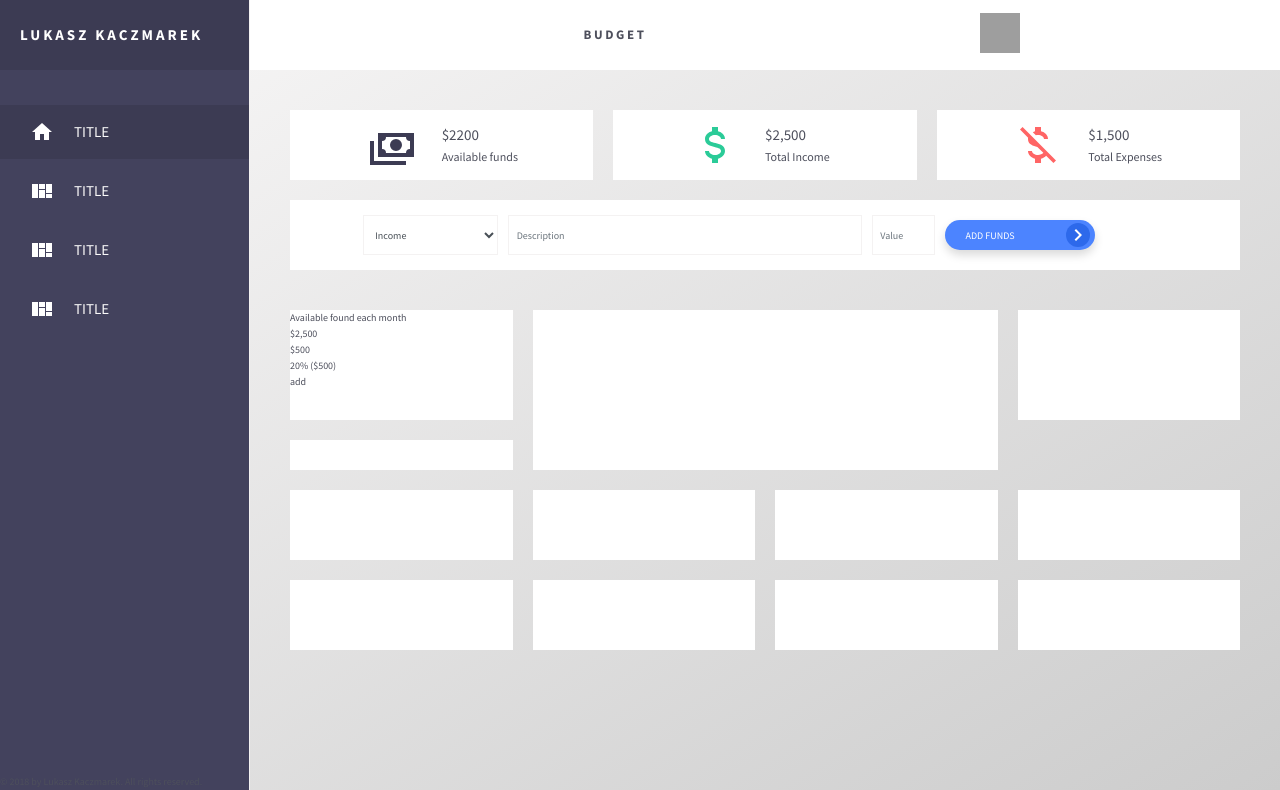
Repository: Archezi/BudgetApplication
Page: index.html
An editor plug-in stored every save of this project. The page is shown before and after the next save, followed by the edit.
The browser window is 1280 px wide. The pictures show the whole page.
Pictures or frames that could not be fetched are drawn as grey boxes. The style sheet was rebuilt from its Sass, Less or Tailwind sources for each picture, by a compiler version that may differ from the author's.

Above is the page before, as saved 2018-08-30 00:14:15.
Console error: TypeError: $(...).formSelect is not a function

### index.html
<!DOCTYPE html>
<html lang="en">
<head>
    <meta charset="UTF-8">
    <meta name="viewport" content="width=device-width, initial-scale=1.0">
    <meta http-equiv="X-UA-Compatible" content="ie=edge">
    <link href="https://fonts.googleapis.com/css?family=Source+Sans+Pro:300,400,700" rel="stylesheet">
    <!--Import Google Icon Font-->
    <link href="https://fonts.googleapis.com/icon?family=Material+Icons" rel="stylesheet">
    <!--Import materialize.css-->
    <link type="text/css" rel="stylesheet" href="css/bootstrap.min.css"  media="screen,projection"/>
    <!-- Website style.css-->
    <link rel="stylesheet" href="css/style.comp.css">

    <title>Budget Application</title>

</head>
<body>
   <div class="web__container">
        <header class="header">
            <div class="logo">
                <h1>Lukasz Kaczmarek</h1>
            </div>
            <div class="page_title">
                <h2>Budget</h2>
            </div>
            <div class="user-nav">
                <div class="user-nav__icon"></div>
                <div class="user-nav__profile">
                    <img src="https://source.unsplash.com/random/40x40" alt="">
                </div>
            </div>
        </header>

        <div class="content">
            <nav class="sidebar">
                <ul class="side-nav">
                    <li class="side-nav__item side-nav__item--active">
                        <a href="#" class="side-nav__link">
                                <svg class="side-nav__icon" style="width:24px;height:24px" viewBox="0 0 24 24">
                                    <path fill="#fff" d="M10,20V14H14V20H19V12H22L12,3L2,12H5V20H10Z" />
                                </svg>
                            <span>Title</span>
                        </a>
                    </li>
                    <li class="side-nav__item ">
                        <a href="#" class="side-nav__link">
                            <svg class="side-nav__icon" style="width:24px;height:24px" viewBox="0 0 24 24">
                                <path fill="#000000" d="M2,5V19H8V5H2M9,5V10H15V5H9M16,5V14H22V5H16M9,11V19H15V11H9M16,15V19H22V15H16Z" />
                            </svg>
                            <span>Title</span>
                        </a>
                    </li>
                    <li class="side-nav__item ">
                        <a href="#" class="side-nav__link">
                            <svg class="side-nav__icon" style="width:24px;height:24px" viewBox="0 0 24 24">
                                <path fill="#000000" d="M2,5V19H8V5H2M9,5V10H15V5H9M16,5V14H22V5H16M9,11V19H15V11H9M16,15V19H22V15H16Z" />
                            </svg>
                            <span>Title</span>
                        </a>
                    </li>
                    <li class="side-nav__item ">
                        <a href="#" class="side-nav__link">
                            <svg class="side-nav__icon" style="width:24px;height:24px" viewBox="0 0 24 24">
                                <path fill="#000000" d="M2,5V19H8V5H2M9,5V10H15V5H9M16,5V14H22V5H16M9,11V19H15V11H9M16,15V19H22V15H16Z" />
                            </svg>
                            <span>Title</span>
                        </a>
                    </li>
                </ul>

                <div class="legal">
                    &copy; 2018 by Lukasz Kaczmarek. All rights reserved.
                </div>
            </nav>

            <div class="main">

                <div class="overview">
                    <div class="total__available-funds">
                        <svg style="width:48px;height:48px" viewBox="0 0 24 24">
                            <path fill="#000000" d="M5,6H23V18H5V6M14,9A3,3 0 0,1 17,12A3,3 0 0,1 14,15A3,3 0 0,1 11,12A3,3 0 0,1 14,9M9,8A2,2 0 0,1 7,10V14A2,2 0 0,1 9,16H19A2,2 0 0,1 21,14V10A2,2 0 0,1 19,8H9M1,10H3V20H19V22H1V10Z" />
                        </svg>
                        <div class="total-funds">$2200</div>
                        <div class="total-funds-description">Available funds</div>
                    </div>
                    <div class="total__income">
                        <svg style="width:48px;height:48px" viewBox="0 0 24 24">
                            <path fill="#000000" d="M7,15H9C9,16.08 10.37,17 12,17C13.63,17 15,16.08 15,15C15,13.9 13.96,13.5 11.76,12.97C9.64,12.44 7,11.78 7,9C7,7.21 8.47,5.69 10.5,5.18V3H13.5V5.18C15.53,5.69 17,7.21 17,9H15C15,7.92 13.63,7 12,7C10.37,7 9,7.92 9,9C9,10.1 10.04,10.5 12.24,11.03C14.36,11.56 17,12.22 17,15C17,16.79 15.53,18.31 13.5,18.82V21H10.5V18.82C8.47,18.31 7,16.79 7,15Z" />
                        </svg>
                        <div class="total__income-funds">$2,500</div>
                        <div class="total__income-description">Total Income</div>

                    </div>
                    <div class="total__expenses">
                        <svg style="width:48px;height:48px" viewBox="0 0 24 24">
                            <path fill="#000000" d="M3,4.27L4.28,3L21,19.72L19.73,21L16.06,17.33C15.44,18 14.54,18.55 13.5,18.82V21H10.5V18.82C8.47,18.31 7,16.79 7,15H9C9,16.08 10.37,17 12,17C13.13,17 14.14,16.56 14.65,15.92L11.68,12.95C9.58,12.42 7,11.75 7,9C7,8.77 7,8.55 7.07,8.34L3,4.27M10.5,5.18V3H13.5V5.18C15.53,5.69 17,7.21 17,9H15C15,7.92 13.63,7 12,7C11.63,7 11.28,7.05 10.95,7.13L9.4,5.58L10.5,5.18Z" />
                        </svg>
                        <div class="total__expenses-funds">$1,500</div>
                        <div class="total__expenses-description">Total Expenses</div>

                    </div>
                </div>
                <div class="input__section-wrapper">
                    <div class="input__section">
                        <select  class="form-control input__type ">
                            <!-- <option value="" >Choose type</option> -->
                            <option class="input__option" value="inc">Income</option>
                            <option class="input__option" value="exp">Expense</option>
                        </select>
                        <input placeholder="Description" class="form-control input__description" type="text">
                        <input placeholder="Value" class="form-control input__value" type="text">
                        <button class="shadow btn input__btn add__btn">Add Funds
                                <svg style="width:24px;height:24px" viewBox="0 0 24 24">
                                    <path fill="#000000" d="M8.59,16.58L13.17,12L8.59,7.41L10,6L16,12L10,18L8.59,16.58Z" />
                                </svg>
                        </button>
                    </div>
                </div>




                <div class="budget">
                    <div class="available-funds-panel">
                        <div class="available-funds__title">Available found each month</div>
                        <div class="available-found__value">$2,500</div>
                        <div class="available-found__deposit">$500</div>
                        <div class="available-found__deposit--percentage">20% ($500)</div>
                        <div class="available-found__btn add__btn">
                            <i></i>add
                        </div>
                    </div>
                    <div class="income-panel">
                    </div>
                    <div class="history-panel"></div>
                    <div class="expenses-panel"></div>
                </div>
                <div class="statistics">
                    <div class="net-profit-panel"></div>
                    <div class="tax-panel"></div>
                    <div class="savings-panel"></div>
                    <div class="projections"></div>

                </div>
                <div class="statistics">
                    <div class="net-profit-panel"></div>
                    <div class="tax-panel"></div>
                    <div class="savings-panel"></div>
                    <div class="projections"></div>

                </div>



            </div>


        </div>




   </div>

   <!-- Compiled and minified JavaScript -->
   <script src="js/jquery.min.js"></script>
   <script src="js/bootstrap.js"></script>
   <!-- <script src="https://cdnjs.cloudflare.com/ajax/libs/materialize/1.0.0-rc.2/js/materialize.min.js"></script> -->
   <script src="js/myscript.js"></script>
</body>
</html>

### js/myscript.js
$(document).ready(function(){
    $('select').formSelect();
  });

### sass/main.scss
@import "base/reset";
@import "base/base";
@import "base/typography";

@import "abstracts/variables";
@import "components/mainComponent";
@import "components/layout";

### sass/base/_base.scss
:root {
    --color-primary: #eb2f64;
    --color-primary-light: #FF3366;
    --color-primary-dark: #BA265D;

    --color-background-dark: #3C3B53;
    --color-background-light: #43425D;

    --color-grey-light-1: #faf9f9;
    --color-grey-light-2: #f4f2f2;
    --color-grey-light-3: #f0eeee;
    --color-grey-light-4: #ccc;

    --color-grey-dark-1: #333;
    --color-grey-dark-2: #4D4F5C;
    --color-grey-dark-3: #999;
    --color-white: #fff;
    --shadow-dark: 0 2rem 6rem rgba(0,0,0,.3);
    --shadow-light: 0 2rem 5rem rgba(0,0,0,.06);


    --button-primary-blue: #4c84ff;
    --button-primary-blue-darker: #2d69eb;
    --button-secondary-green: #2bcb98;
    --button-secondary-red: #FF6565;

    --line: 1px solid var(--color-grey-light-2);
}

$bp-largest: 75em;     // 1200px
$bp-large: 68.75em;    // 1100px
$bp-medium: 56.25em;   // 900px
$bp-small: 37.5em;     // 600px
$bp-smallest: 31.25em; // 500px

* {
    margin: 0;
    padding: 0;
}

*,
*::before,
*::after {
    box-sizing: inherit;
}

html {
    box-sizing: border-box;
    font-size: 62.5%; // 1rem = 10px, 10px/16px = 62.5%

    @media only screen and (max-width: $bp-large) {
        font-size: 50%;
    }
}

body {


    color: var(--color-grey-dark-2);
    background-image: linear-gradient(to right bottom, var(--color-grey-light-1), var(--color-grey-light-4));
    background-size: cover;
    background-repeat: no-repeat;

    min-height: 100vh;
}

### sass/base/_typography.scss
body {

    font-weight: 400;
    line-height: 1.6;
    font-family: 'Source Sans Pro', sans-serif;
    text-rendering: optimizeLegibility;
    -webkit-font-smoothing: antialiased;

}

### sass/abstracts/_variables.scss
$header-height: 7rem;
$sidebar-width: 25rem;
$main: calc(4rem + $header-height );
$fraction: 1fr;

### sass/components/_mainComponent.scss

//////////////////////////////////////////
// Header

.logo {
    width: 25rem;
    padding: 0 2rem;

    border-right: var(--line);
    background: var(--color-background-dark);
    h1 {

        align-self: center;
        font-size: 1.5rem;
        font-weight: 700;
        line-height: 2rem;
        letter-spacing: 0.2em;
        text-transform: uppercase;
        padding: 2.5rem 0;
        color: var(--color-white);

    }
}
.page_title {
    width: 30rem;
    text-align: center;
    h2 {
        font-size: 1.3rem;
        font-weight: 700;
        letter-spacing: 0.2em;
        text-transform: uppercase;
    }
}
.user-nav {
    width: 30rem;
}
.side-nav {
    font-size: 1.5rem;
    list-style: none;
    margin-top: 3.5rem;

    &__item {
        position: relative;
        float: none;
        &:not(:last-child) {
            margin-bottom: .5rem;
        }
    }
    &__item::before {
        content: "";
        position: absolute;
        top: 0;
        left: 0;
        height: 100%;
        width: 3px;
        background-color: var(--color-background-dark);
        transform: scaleY(0);
        transition: transform .2s,
                    width .4s cubic-bezier(1,0,0,1) .2s,
                    background-color .1s;
    }

    &__item:hover::before,
    &__item--active::before {
        transform: scaleY(1);
        width: 100%;
    }

    &__item:active::before {
        background-color: var(--color-background-light);
    }

    &__link:link,
    &__link:visited {
        color: var(--color-grey-light-1);
        text-decoration: none;
        text-transform: uppercase;
        display: block;
        padding: 1.5rem 3rem;
        position: relative;
        z-index: 10;

        display: flex;
        align-items: center;

        @media only screen and (max-width: $bp-medium) {
            justify-content: center;
            padding: 2rem;
        }

        @media only screen and (max-width: $bp-small) {
            flex-direction: column;
            padding: 1.5rem .5rem;
        }
    }

    &__icon {
        width: 1.75rem;
        height: 1.75rem;
        margin-right: 2rem;
        fill: currentColor;
        path {
            fill: #fff;
        }
        @media only screen and (max-width: $bp-small) {
            margin-right: 0;
            margin-bottom: .7rem;
            width: 1.5rem;
            height: 1.5rem;
        }
    }
}

////////////////////////////////////////
// INPUT BAR
.input {
    &__section-wrapper {

    }
    &__section {

        .form-control {

            border-radius: 0;
            border-color: var(--color-grey-light-2);
        }
    }
    &__type {

    }
    &__description {

    }
    &__value {

    }
    &__option {
        width: 100%;
    }
    &__btn {
        position: relative;
        border-radius: 3rem;
        width: 15rem;
        height: 3rem;
        color: var(--color-white);
        background: var(--button-primary-blue);
        text-align: left;
        text-transform: uppercase;
        padding-left: 2rem;
        svg {
            position: absolute;
            top: 50%;
            right: .4rem;
            background-color: var(--button-primary-blue-darker);
            border-radius: 50%;
            transform: translateY(-50%);
            path { fill: var(--color-white);}

            &::before {
                width: 1rem;
                height: 1rem;
                padding: 1rem;
                border-radius: 50%;
                background: blue;
            }
        }
    }

}

### sass/components/_layout.scss
.web__container {
    max-width: 100% !important;
    min-height: 100vh;
    margin: 0 auto;

}

.header {
    height: $header-height;
    background: var(--color-white);
    position: fixed;
    top: 0;
    width: 100%;
    display: flex;
    justify-content: space-between;
    align-items: center;
    z-index: 1000;
}
.content {

}

///////////////////////////////////////
// SIDEBAR

.sidebar {
    border-right: var(--line);
    background-color: var(--color-background-light);
    position: fixed;
    left: 0;
    top: 0;
    width: 25rem;
    margin-top: $header-height;
    // width: 25rem;
    display: flex;
    flex-direction: column;
    justify-content: space-between;
    min-height: calc(100vh );
    z-index: 999;
}

//////////////////////////////////////////
// MAIN
.main {
    margin-top: $header-height;
    padding: 4rem 4rem 7rem 29rem;
    width: 100%;
    min-height: calc(100vh - 7rem);
    display: grid;
    grid-gap: 2rem;
    grid-auto-rows: minmax(5rem, auto);



    ////////////////////////////////////////
    // OVERVIEW
    .overview {
        display: grid;
        grid-gap: 2rem;
        grid-template-columns: repeat(3, 1fr);

        & > * {
            background: var(--color-white);
        }

        .total {
            &__available-funds {
                display: grid;
                grid-template-columns: 10rem 10rem;
                grid-auto-rows: auto;
                align-items: center;
                justify-content: center;
                svg {
                    justify-self: center;
                    grid-row: span 2;
                    path {
                        fill: var(--color-background-dark);
                    }
                }
            }
            &-funds {
                font-size: 1.5rem;
                font-weight: 400;
                align-self: end;
            }
            &-funds-description {
                font-size: 1.2rem;
                font-weight: 400;
                align-self: start;
            }

            &__income {

                display: grid;
                grid-template-columns: 10rem 10rem;
                grid-auto-rows: auto;
                align-items: center;
                justify-content: center;

                svg {
                    justify-self: center;
                    grid-row: span 2;
                    path {
                        fill: var(--button-secondary-green);
                    }
                }
                &-funds {
                    font-size: 1.5rem;
                    font-weight: 400;
                    align-self: end;
                }
                &-description {
                    font-size: 1.2rem;
                    font-weight: 400;
                    align-self: start;
                }
            }
            &__expenses {
                display: grid;
                grid-template-columns: 10rem 10rem;
                grid-auto-rows: auto;
                align-items: center;
                justify-content: center;

                svg {
                    justify-self: center;
                    grid-row: span 2;
                    path {
                        fill: var(--button-secondary-red);
                    }


                }
                &-funds {
                    font-size: 1.5rem;
                    font-weight: 400;
                    align-self: end;
                }
                &-description {
                    font-size: 1.2rem;
                    font-weight: 400;
                    align-self: start;
                }
            }
        }


    }

    ////////////////////////////////////////
    // INPUT BAR
    .input {
        &__section-wrapper {
            display: grid;
            height: 7rem;
            background: var(--color-white);
            align-content: center;
            justify-content: center;

        }
        &__section {
            display: grid;
            grid-gap: 1rem;
            grid-template-columns: repeat(12, 1fr);
            align-items: center;

            .form-control {
                height: 4rem;
                border-radius: 0;
                border-color: var(--color-grey-light-2);
            }
        }
        &__type {
            grid-column: 2 / span 2;
        }
        &__description {
            grid-column: 4 / span 5;
        }
        &__value {
            grid-column: 9 / span 1;
        }
        &__btn {
            grid-column: 10 / span 1;

        }

    }

    .budget {
        display: grid;
        grid-gap: 2rem;
        grid-template-columns: repeat(4, 1fr);
        grid-row: span 2;
        & > * {
            background: var(--color-white);
        }
        .history-panel {
            grid-column: 2 / span 2;
            grid-row: 1 / span 2;
            grid-auto-rows: $fraction;
        }
    }

    .statistics {
        display: grid;
        grid-gap: 2rem;
        grid-template-columns: repeat(4, 1fr);

        & > * {
            background: var(--color-white);
        }

    }
}


//////////////////////////////////////////////@at-root
// Footer
.footer {
    position: absolute;
    bottom: 0;
    background: var(--color-white);
    z-index: 1;
    height: $header-height;
    width: calc(100%);
    z-index: 100;
}

Loaded but not shown: css/bootstrap.min.css (library); js/jquery.min.js (library); js/bootstrap.js (library); sass/base/_reset.scss (common file)

After the next save:
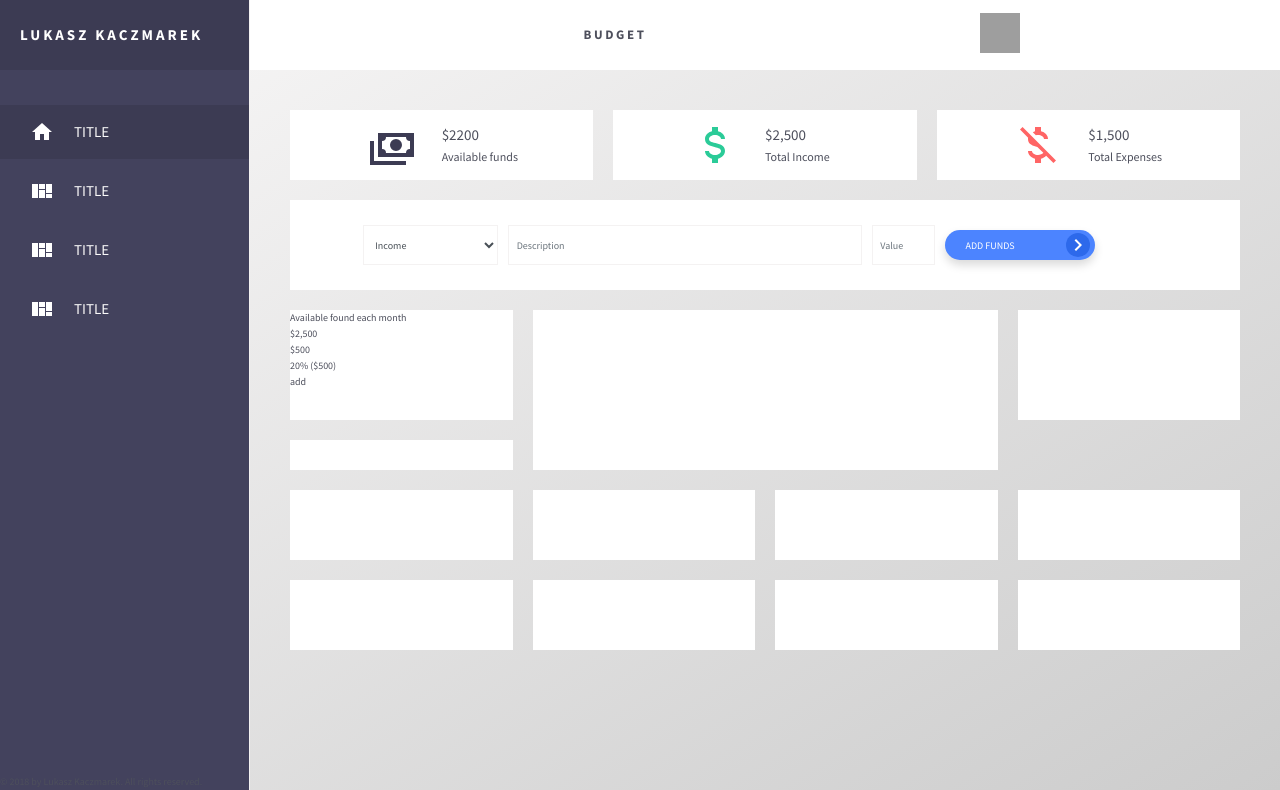
Saved 2 min 14 s later.
--- a/sass/components/_layout.scss
+++ b/sass/components/_layout.scss
@@ -152,7 +152,7 @@
     .input {
         &__section-wrapper {
             display: grid;
-            height: 7rem;
+            grid-template-rows: 7rem;
             background: var(--color-white);
             align-content: center;
             justify-content: center;
